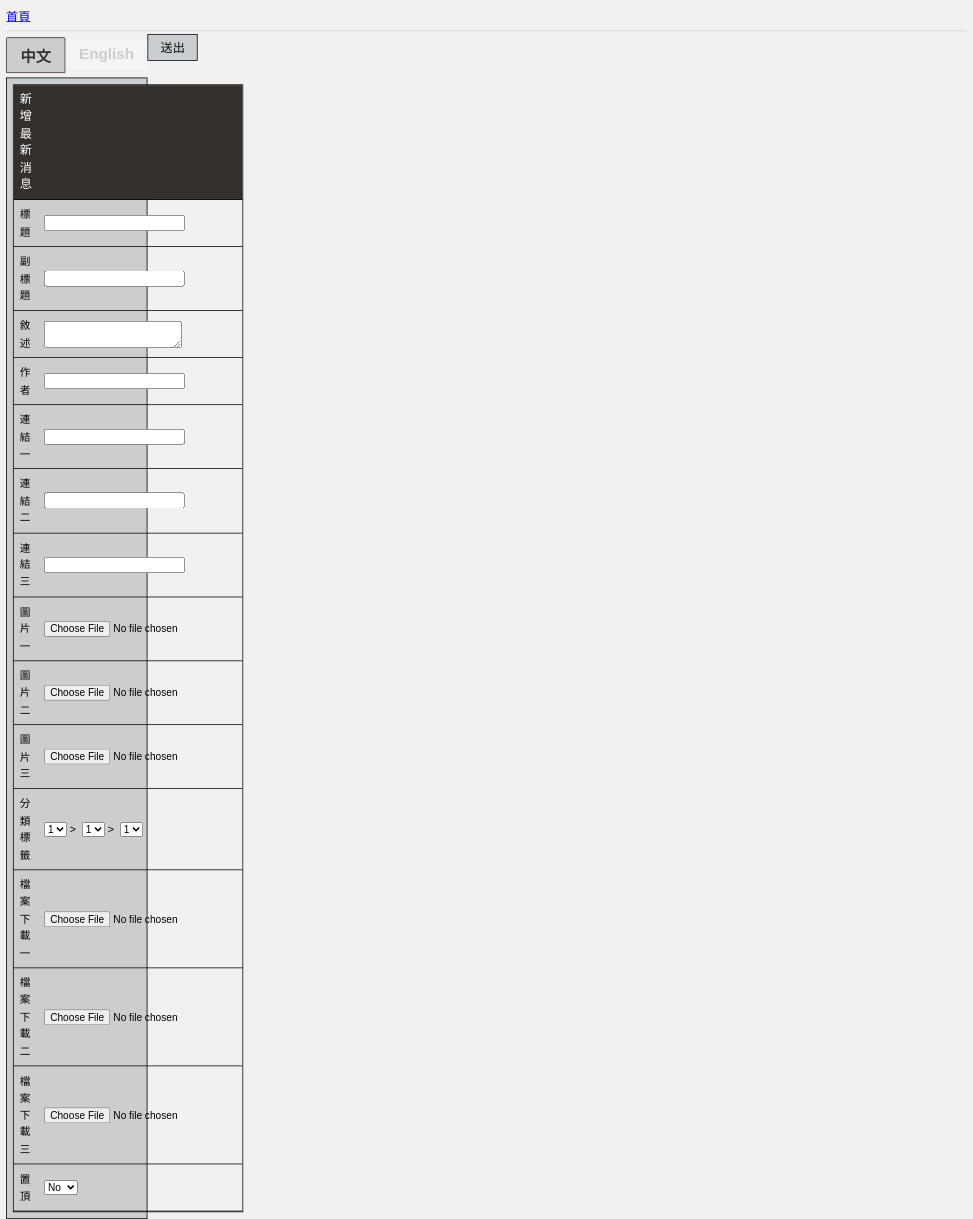
Repository: Naokiyuy/DigitalHum
Page: http://localhost/digital/backend/hotnews/hotnews-add.jsp
The author's editor kept a copy of each file at every save. The page is drawn from the files as they stood at one save, then again after the next save.
The browser window is 1280 px wide. The pictures show the whole page, at 76% of full size.
Some web libraries are served in a nearby version. The page is served by Tomcat 9.

Above is the page before, as saved 2015-03-11 19:37:11.

After the next save:
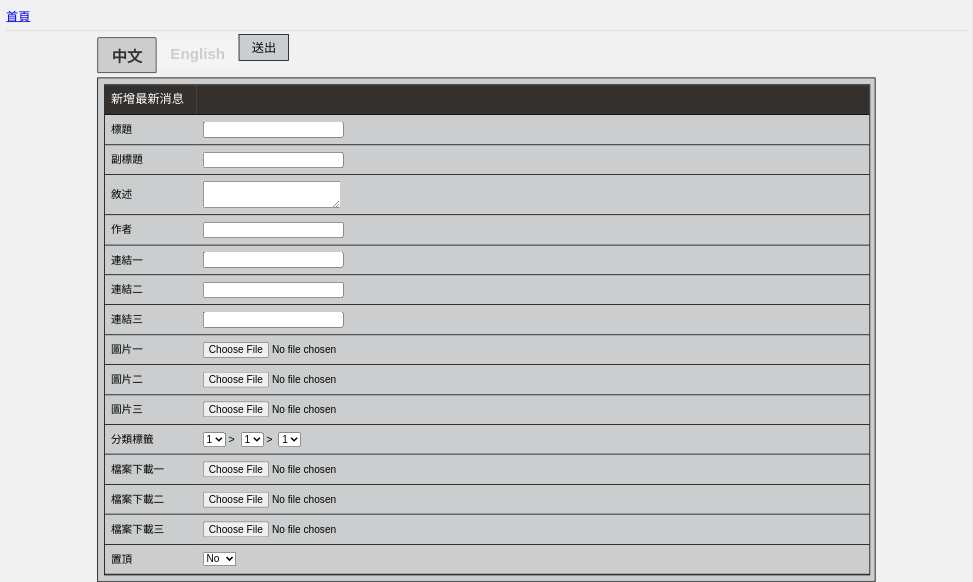
Saved 8 s later.
--- a/digital/src/main/webapp/backend/css/hotnews/add.css
+++ b/digital/src/main/webapp/backend/css/hotnews/add.css
@@ -119,7 +119,7 @@
 }
 
 .tab_div {
-	float:left;
+
 }
 
 .action_btn{

After the save that followed:
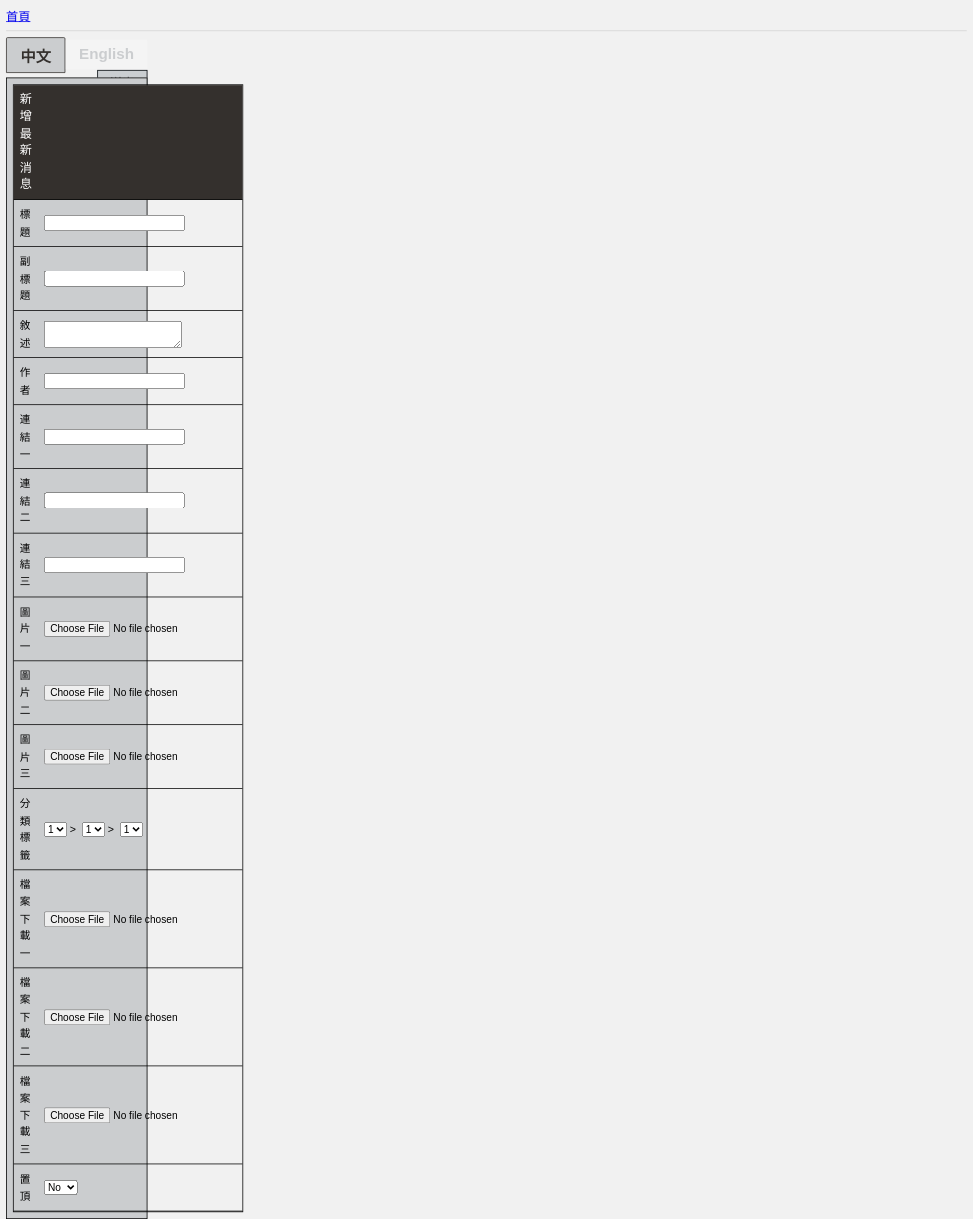
Saved 46 s later.
--- a/digital/src/main/webapp/backend/css/hotnews/add.css
+++ b/digital/src/main/webapp/backend/css/hotnews/add.css
@@ -119,7 +119,7 @@
 }
 
 .tab_div {
-
+	float:left;
 }
 
 .action_btn{
@@ -128,7 +128,7 @@
 	margin-right:auto;
 	margin-bottom: 15px;
 	margin-left:auto;
-
+	clear:both;
 }
 
 .submit_btn {
